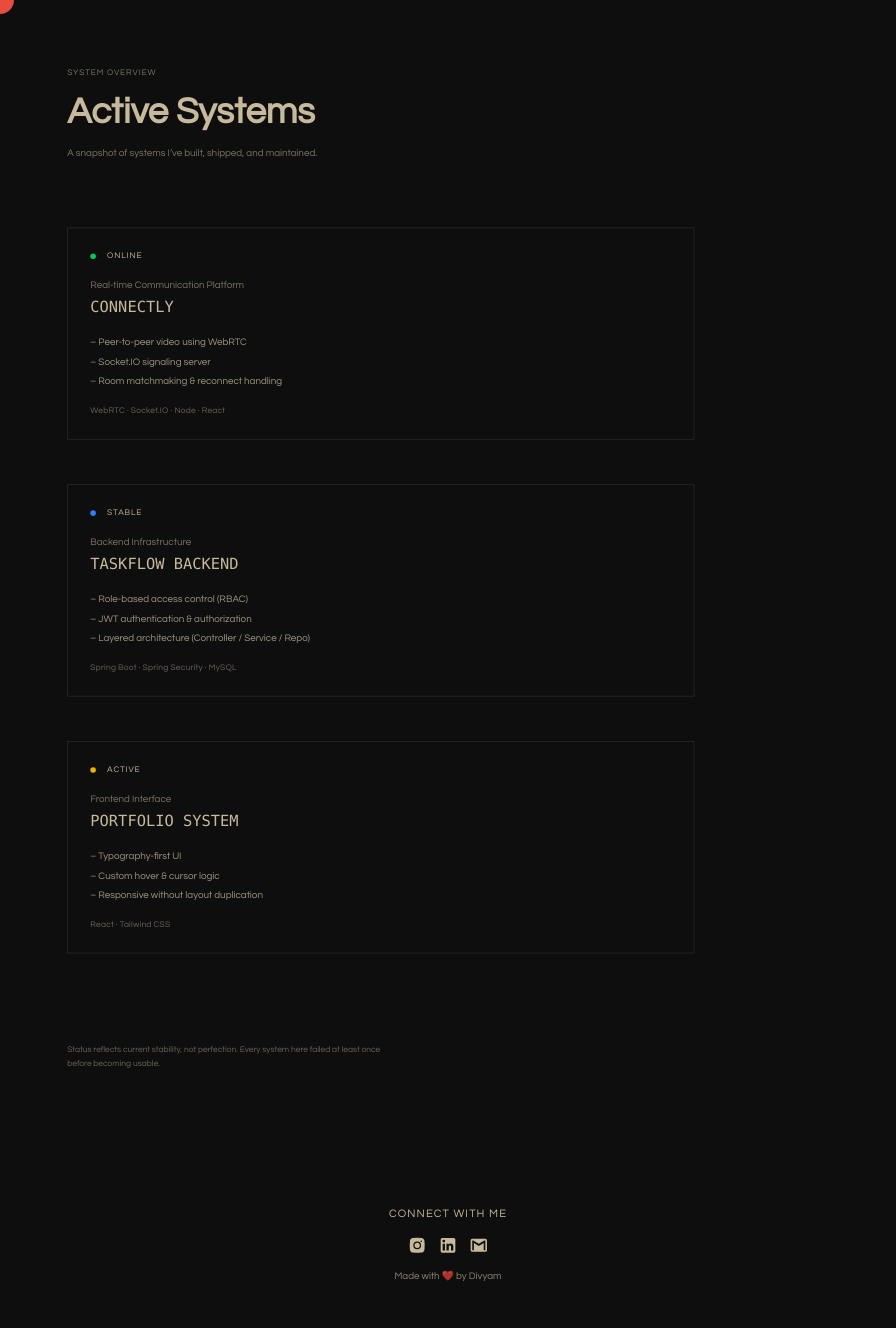
Repository: divyamGNH/DivyamPF
Page: /projects
These files come from the project's save history. The page is drawn as it stood at one moment and after the next save; the edit follows.
The browser window is 1280 px wide. The pictures show the whole page, at 70% of full size.
The project was rebuilt for these pictures with package versions that can differ from the ones it lists, and the page was loaded fresh each time. Also part of the build but not shown: vite.config.js, src/App.css, src/components/MaskLayer.jsx, src/pages/Landing.jsx, src/pages/topProjects.jsx, src/pages/Socials.jsx, src/pages/Navigations.jsx, src/animations/ScrolltoAnimate.jsx and 5 more.

Above is the page before, as saved 2025-12-21 03:09:28.

### index.html
<!doctype html>
<html lang="en">
  <head>
    <meta charset="UTF-8" />
    <meta name="viewport" content="width=device-width, initial-scale=1.0" />
    <title>DivyamPF</title>
    <link href="https://fonts.googleapis.com/css2?family=Poppins:wght@100..900&family=Questrial&display=swap" rel="stylesheet">
  </head>
  <body>
    <div id="root"></div>
    <script type="module" src="/src/main.jsx"></script>
  </body>
</html>

### src/App.jsx
import { BrowserRouter as Router, Routes, Route } from "react-router-dom";
import "./App.css";

import Home from "./pages/Home";
// import { MouseProvider } from "./Context/MouseContext.jsx";
import About from "./pages/About.jsx";
import Projects from "./pages/Projects.jsx";

import useMouseTracking from "./Hooks/useMouseTracking.js";
import CursorFollower from "./components/CursorFollower.jsx";
import Footer from "./pages/Footer.jsx";

function App() {

  useMouseTracking();

  return (
      <Router>
        <CursorFollower/>

        <Routes>
          <Route path="/" element={<Home />} />
          <Route path="/about" element={<About />} />
          <Route path="/projects" element={<Projects/>} />
          {/* <Route path="/contact" element={<Contact />} /> */}
        </Routes>

        <Footer/>
      </Router>

  );
}

export default App;

### src/index.css
@import url('https://fonts.googleapis.com/css2?family=Poppins:wght@100..900&family=Questrial&display=swap');
@import "tailwindcss";

body {
  margin: 0;
  background-color: #0E0E0E;
  font-family: 'Questrial', sans-serif;
}

### src/pages/Projects.jsx
function Projects() {
  return (
    <div className="min-h-[100svh] bg-[#0E0E0E] text-[#C7B99B] font-[Questrial] px-6 sm:px-12 md:px-24 pt-24 pb-32">

      {/* HEADER */}
      <div className="mb-24">
        <p className="text-xs tracking-widest opacity-60 mb-4">
          SYSTEM OVERVIEW
        </p>

        <h1 className="font-extrabold text-[38px] sm:text-[52px] leading-tight">
          Active Systems
        </h1>

        <p className="text-sm opacity-60 mt-4 max-w-xl">
          A snapshot of systems I’ve built, shipped, and maintained.
        </p>
      </div>

      {/* SYSTEM LIST */}
      <div className="space-y-16 max-w-4xl">

        <System
          status="ONLINE"
          statusColor="bg-green-500"
          title="Real-time Communication Platform"
          name="CONNECTLY"
          details={[
            "Peer-to-peer video using WebRTC",
            "Socket.IO signaling server",
            "Room matchmaking & reconnect handling",
          ]}
          stack="WebRTC · Socket.IO · Node · React"
          inspection={{
            focus: "Latency & reconnect stability",
            risk: "Medium",
          }}
        />

        <System
          status="STABLE"
          statusColor="bg-blue-500"
          title="Backend Infrastructure"
          name="TASKFLOW BACKEND"
          details={[
            "Role-based access control (RBAC)",
            "JWT authentication & authorization",
            "Layered architecture (Controller / Service / Repo)",
          ]}
          stack="Spring Boot · Spring Security · MySQL"
          inspection={{
            focus: "Security & role consistency",
            risk: "Low",
          }}
        />

        <System
          status="ACTIVE"
          statusColor="bg-yellow-500"
          title="Frontend Interface"
          name="PORTFOLIO SYSTEM"
          details={[
            "Typography-first UI",
            "Custom hover & cursor logic",
            "Responsive without layout duplication",
          ]}
          stack="React · Tailwind CSS"
          inspection={{
            focus: "Interaction polish",
            risk: "Low",
          }}
        />

      </div>

      {/* FOOTNOTE */}
      <div className="mt-32 max-w-md">
        <p className="text-xs opacity-50 leading-relaxed">
          Status reflects current stability, not perfection.
          Every system here failed at least once before becoming usable.
        </p>
      </div>
    </div>
  );
}

function System({
  status,
  statusColor,
  title,
  name,
  details,
  stack,
  inspection,
}) {
  return (
    <div
      className="
        group relative
        border border-[#2A2A2A]
        p-6 sm:p-8
        transition-colors duration-300
        hover:border-[#3A3A3A]
        hover:bg-[#121212]
      "
    >

      {/* STATUS ROW */}
      <div className="flex items-center gap-4 mb-6">
        <span className={`w-2 h-2 rounded-full ${statusColor}`} />
        <p className="text-xs tracking-widest">
          {status}
        </p>
      </div>

      {/* TITLE */}
      <p className="text-sm opacity-60 mb-1">
        {title}
      </p>

      <h2 className="font-mono text-[20px] sm:text-[22px] mb-6">
        {name}
      </h2>

      {/* DETAILS */}
      <ul className="space-y-2 text-sm opacity-80 mb-6 max-w-xl">
        {details.map((item, i) => (
          <li key={i}>– {item}</li>
        ))}
      </ul>

      {/* STACK */}
      <p className="text-xs tracking-wide opacity-50">
        {stack}
      </p>

      {/* INSPECTION PANEL (HOVER) */}
      <div
        className="
          pointer-events-none
          absolute top-8 right-8
          w-56
          text-xs
          font-mono
          opacity-0
          translate-x-1
          transition-all duration-300
          group-hover:opacity-100
          group-hover:translate-x-0
        "
      >
        <div className="border border-[#2A2A2A] p-4 bg-[#0E0E0E]">
          <p className="opacity-60 mb-3 tracking-widest">
            INSPECTION
          </p>

          <div className="space-y-2">
            <p>
              STATUS: <span className="opacity-80">{status}</span>
            </p>
            <p>
              FOCUS: <span className="opacity-80">{inspection.focus}</span>
            </p>
            <p>
              RISK: <span className="opacity-80">{inspection.risk}</span>
            </p>
          </div>
        </div>
      </div>
    </div>
  );
}

export default Projects;

### src/Hooks/useMouseTracking.js
import {useEffect} from "react";
import useMouseStore from "../Store/useMouseStore";

const useMouseTracking = ()=>{
    const setPosition = useMouseStore(state => state.setPosition);

    useEffect(()=>{
        const handleMouseMove = (e) => {
            setPosition(e.clientX, e.clientY);
        };

        window.addEventListener('mousemove', handleMouseMove);

        return () => {
            window.removeEventListener('mousemove', handleMouseMove);
        };
    },[setPosition]);
}

export default useMouseTracking;

### src/components/CursorFollower.jsx
import { motion } from 'framer-motion';
import useMouseStore from '../Store/useMouseStore.js';

const CursorFollower = () => {
  const x = useMouseStore(state => state.x);
  const y = useMouseStore(state => state.y);

  return (
    <>
      <motion.div
        className="cursor-circle"
        style={{
          position: 'fixed',
          width: '40px',
          height: '40px',
          borderRadius: '50%',
          backgroundColor: '#E74C3C',
          pointerEvents: 'none',
          zIndex: 1,
          // mixBlendMode: 'difference',
        }}
        animate={{
          left: x - 20,
          top: y - 20,
        }}
        transition={{
          type: 'spring',
          stiffness: 500,
          damping: 28,
          mass: 0.5,
        }}
      />
    </>
  );
};

export default CursorFollower;

### src/pages/Footer.jsx
function Footer() {
  return (
    <div
      id="footer"
      className="relative w-full max-w-full overflow-x-hidden bg-[#0E0E0E] text-[#C7B99B] py-16 z-1000"
    >
      <div className="flex flex-col items-center text-center gap-5">

        {/* TITLE */}
        <p className="tracking-widest text-md sm:text-base">
          CONNECT WITH ME
        </p>

        {/* SOCIAL ICONS */}
        <div className="flex items-center gap-4">
          <a href="https://www.instagram.com/divvvvvyam/" className="hover:opacity-80 transition" target="_blank" rel="noopener noreferrer">
            <img src="./instaIcon.svg" alt="Instagram" className="w-7 h-7" />
          </a>

          <a href="https://www.linkedin.com/in/divyam-khandelwal-b54594338/" className="hover:opacity-80 transition" target="_blank" rel="noopener noreferrer">
            <img src="./linkedinIcon.svg" alt="LinkedIn" className="w-7 h-7" />
          </a>

          <a href="https://mail.google.com/mail/?view=cm&fs=1&to=divyamproff1521@gmail.com" target="_blank" rel="noopener noreferrer" className="hover:opacity-80 transition">
            <img src="./gmailIcon.svg" alt="Email" className="w-7 h-7" />
          </a>

        </div>

        {/* FOOTER NOTE */}
        <p className="text-sm opacity-70">
          Made with ❤️ by Divyam
        </p>

      </div>
    </div>
  );
}

export default Footer;

### src/Store/useMouseStore.js
import { create } from "zustand";

const useMouseStore = create((set) => ({
  // State
  x: 0,
  y: 0,
  hover: false,   // NEW BOOLEAN STATE

  // Actions
  setPosition: (x, y) => set({ x, y }),
  setHover: (value) => set({ hover: value }),  // NEW ACTION
  setMouse:(x,y) => set({x,y}),
}));

export default useMouseStore;

Loaded but not shown: src/main.jsx (common file)

After the next save:
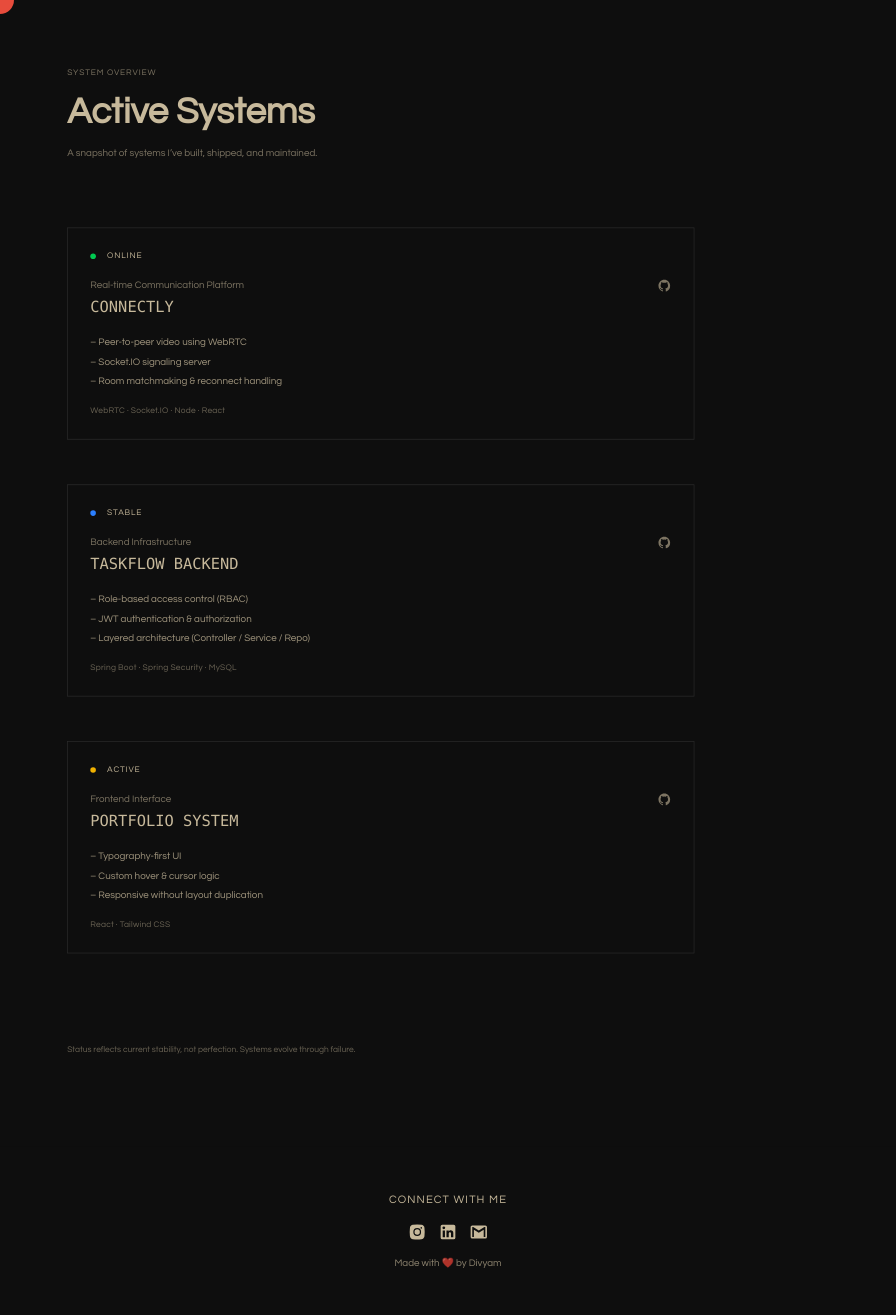
Saved 2 min 22 s later.
--- a/src/pages/Projects.jsx
+++ b/src/pages/Projects.jsx
@@ -31,10 +31,8 @@ function Projects() {
             "Room matchmaking & reconnect handling",
           ]}
           stack="WebRTC · Socket.IO · Node · React"
-          inspection={{
-            focus: "Latency & reconnect stability",
-            risk: "Medium",
-          }}
+          liveLink="https://your-live-link.com"
+          githubLink="https://github.com/yourname/connectly"
         />
 
         <System
@@ -48,10 +46,8 @@ function Projects() {
             "Layered architecture (Controller / Service / Repo)",
           ]}
           stack="Spring Boot · Spring Security · MySQL"
-          inspection={{
-            focus: "Security & role consistency",
-            risk: "Low",
-          }}
+          liveLink="https://your-live-link.com"
+          githubLink="https://github.com/yourname/taskflow-backend"
         />
 
         <System
@@ -65,10 +61,8 @@ function Projects() {
             "Responsive without layout duplication",
           ]}
           stack="React · Tailwind CSS"
-          inspection={{
-            focus: "Interaction polish",
-            risk: "Low",
-          }}
+          liveLink="https://your-live-link.com"
+          githubLink="https://github.com/yourname/portfolio"
         />
 
       </div>
@@ -77,7 +71,7 @@ function Projects() {
       <div className="mt-32 max-w-md">
         <p className="text-xs opacity-50 leading-relaxed">
           Status reflects current stability, not perfection.
-          Every system here failed at least once before becoming usable.
+          Systems evolve through failure.
         </p>
       </div>
     </div>
@@ -91,12 +85,16 @@ function System({
   name,
   details,
   stack,
-  inspection,
+  liveLink,
+  githubLink,
 }) {
   return (
-    <div
+    <a
+      href={liveLink}
+      target="_blank"
+      rel="noopener noreferrer"
       className="
-        group relative
+        block
         border border-[#2A2A2A]
         p-6 sm:p-8
         transition-colors duration-300
@@ -104,8 +102,7 @@ function System({
         hover:bg-[#121212]
       "
     >
-
-      {/* STATUS ROW */}
+      {/* STATUS */}
       <div className="flex items-center gap-4 mb-6">
         <span className={`w-2 h-2 rounded-full ${statusColor}`} />
         <p className="text-xs tracking-widest">
@@ -113,14 +110,30 @@ function System({
         </p>
       </div>
 
-      {/* TITLE */}
-      <p className="text-sm opacity-60 mb-1">
-        {title}
-      </p>
+      {/* TITLE ROW */}
+      <div className="flex items-start justify-between gap-4 mb-6">
+        <div>
+          <p className="text-sm opacity-60 mb-1">
+            {title}
+          </p>
 
-      <h2 className="font-mono text-[20px] sm:text-[22px] mb-6">
-        {name}
-      </h2>
+          <h2 className="font-mono text-[20px] sm:text-[22px]">
+            {name}
+          </h2>
+        </div>
+
+        {/* GITHUB ICON */}
+        <a
+          href={githubLink}
+          target="_blank"
+          rel="noopener noreferrer"
+          onClick={(e) => e.stopPropagation()}
+          className="opacity-60 hover:opacity-100 transition"
+          aria-label="GitHub Repository"
+        >
+          <GitHubIcon />
+        </a>
+      </div>
 
       {/* DETAILS */}
       <ul className="space-y-2 text-sm opacity-80 mb-6 max-w-xl">
@@ -133,41 +146,22 @@ function System({
       <p className="text-xs tracking-wide opacity-50">
         {stack}
       </p>
+    </a>
+  );
+}
 
-      {/* INSPECTION PANEL (HOVER) */}
-      <div
-        className="
-          pointer-events-none
-          absolute top-8 right-8
-          w-56
-          text-xs
-          font-mono
-          opacity-0
-          translate-x-1
-          transition-all duration-300
-          group-hover:opacity-100
-          group-hover:translate-x-0
-        "
-      >
-        <div className="border border-[#2A2A2A] p-4 bg-[#0E0E0E]">
-          <p className="opacity-60 mb-3 tracking-widest">
-            INSPECTION
-          </p>
-
-          <div className="space-y-2">
-            <p>
-              STATUS: <span className="opacity-80">{status}</span>
-            </p>
-            <p>
-              FOCUS: <span className="opacity-80">{inspection.focus}</span>
-            </p>
-            <p>
-              RISK: <span className="opacity-80">{inspection.risk}</span>
-            </p>
-          </div>
-        </div>
-      </div>
-    </div>
+/* Simple GitHub Icon (inline SVG, no dependency) */
+function GitHubIcon() {
+  return (
+    <svg
+      width="20"
+      height="20"
+      viewBox="0 0 24 24"
+      fill="currentColor"
+      aria-hidden="true"
+    >
+      <path d="M12 2C6.48 2 2 6.58 2 12.26c0 4.5 2.87 8.31 6.84 9.66.5.1.68-.22.68-.48 0-.24-.01-.87-.01-1.71-2.78.62-3.37-1.38-3.37-1.38-.45-1.18-1.11-1.49-1.11-1.49-.91-.64.07-.63.07-.63 1 .07 1.53 1.05 1.53 1.05.9 1.57 2.36 1.12 2.94.85.09-.67.35-1.12.63-1.38-2.22-.26-4.56-1.14-4.56-5.07 0-1.12.39-2.03 1.03-2.75-.1-.26-.45-1.3.1-2.7 0 0 .84-.27 2.75 1.05a9.2 9.2 0 0 1 5 0c1.9-1.32 2.75-1.05 2.75-1.05.55 1.4.2 2.44.1 2.7.64.72 1.03 1.63 1.03 2.75 0 3.94-2.34 4.8-4.57 5.06.36.32.68.94.68 1.9 0 1.38-.01 2.5-.01 2.84 0 .26.18.58.69.48A10.03 10.03 0 0 0 22 12.26C22 6.58 17.52 2 12 2z" />
+    </svg>
   );
 }
 
